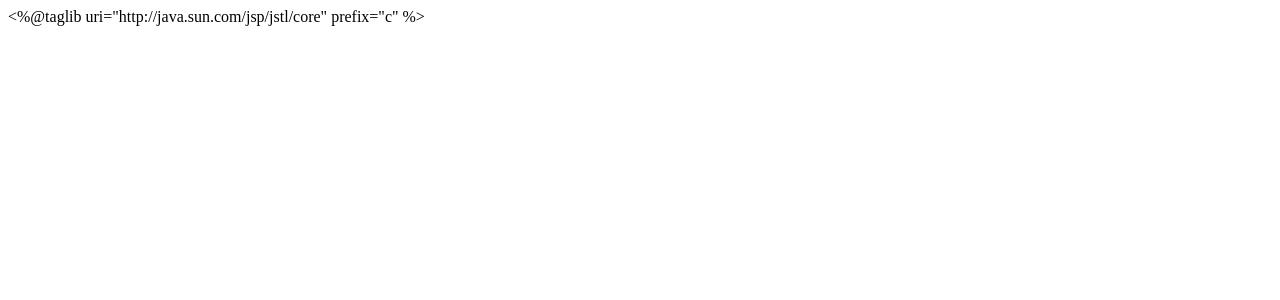
Repository: Saeunnnnni/acornClass_spring
Page: Boot03_Controller/src/main/resources/static/index.html
These files come from the project's save history. The page is drawn as it stood at one moment and after the next save; the edit follows.
The browser window is 1280 px wide. The pictures show the whole page.

Above is the page before, as saved 2023-07-11 03:09:15.

After the next save:
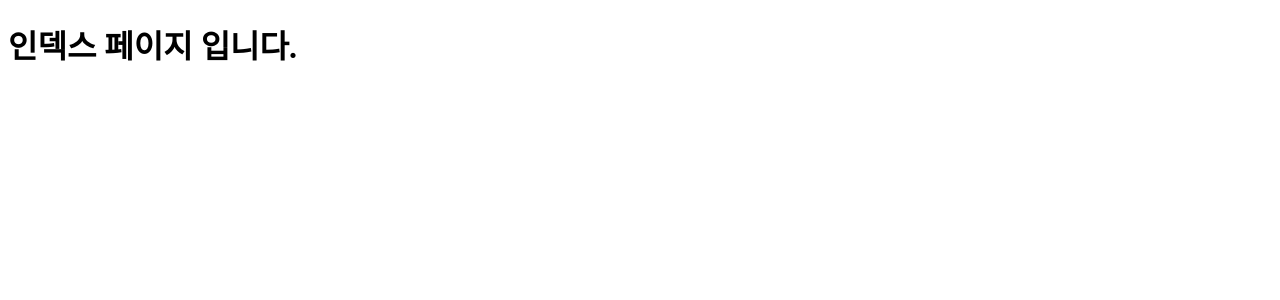
Saved 41 s later.
--- a/Boot03_Controller/src/main/resources/static/index.html
+++ b/Boot03_Controller/src/main/resources/static/index.html
@@ -1,4 +1,4 @@
-<%@taglib uri="http://java.sun.com/jsp/jstl/core" prefix="c" %>
+
 <!DOCTYPE html>
 <html>
 <head>
@@ -6,6 +6,6 @@
 <title>Insert title here</title>
 </head>
 <body>
-
+	<h1>인덱스 페이지 입니다.</h1>
 </body>
 </html>
